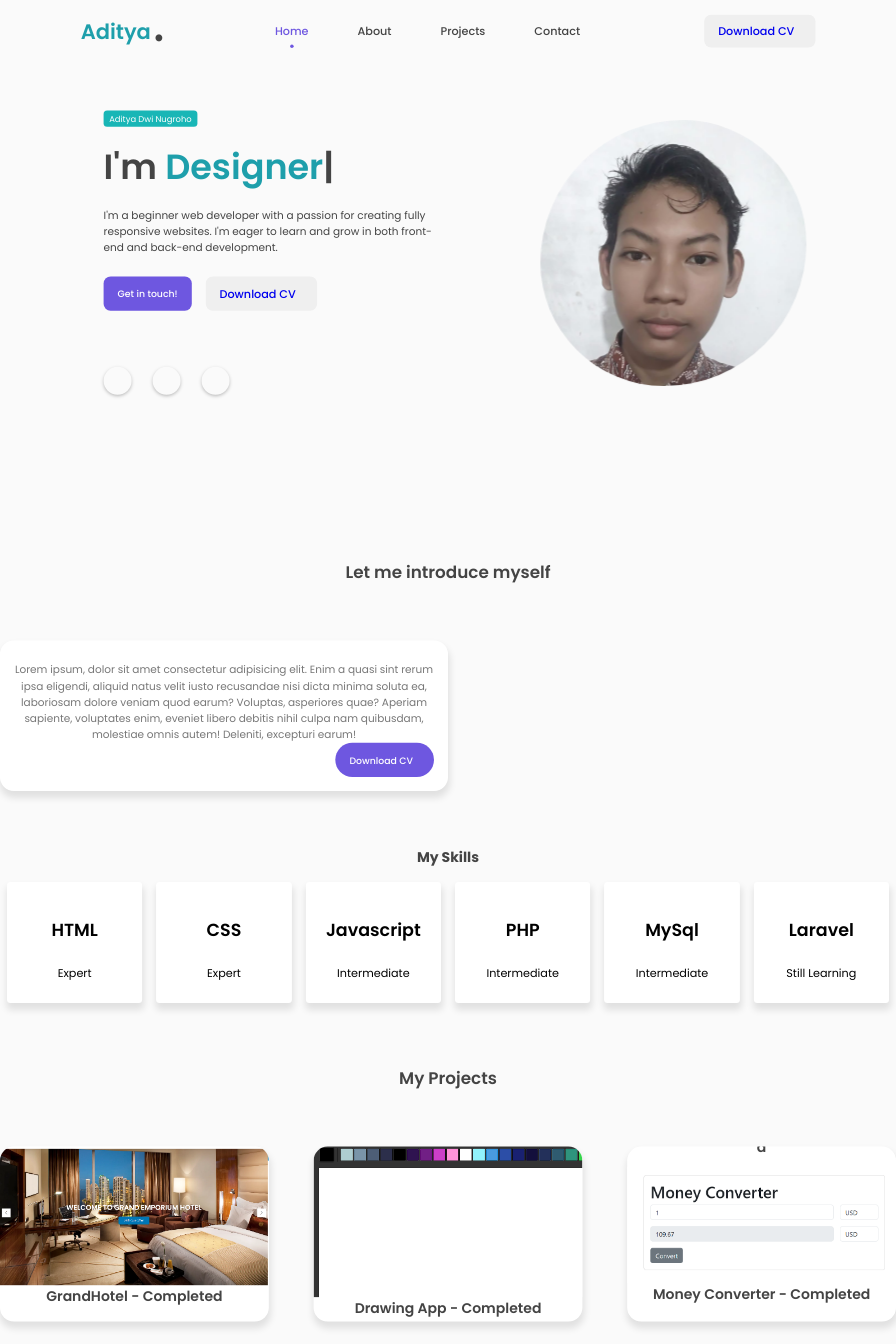
Repository: 4Kbrain/Portofolio
Page: index.html
The author's editor kept a copy of each file at every save. The page is drawn from the files as they stood at one save, then again after a run of saves.
The browser window is 1280 px wide. The pictures show the part of the page from y = 0 to 1920 px (the page is 2978 px tall before and 3116 px after), at 70% of full size.
Some icons come from a web library that is not loaded, so they are not drawn.

Above is the page before, as saved 2024-05-15 19:14:01.
Console error: ReferenceError: ScrollReveal is not defined

After the next 3 saves:
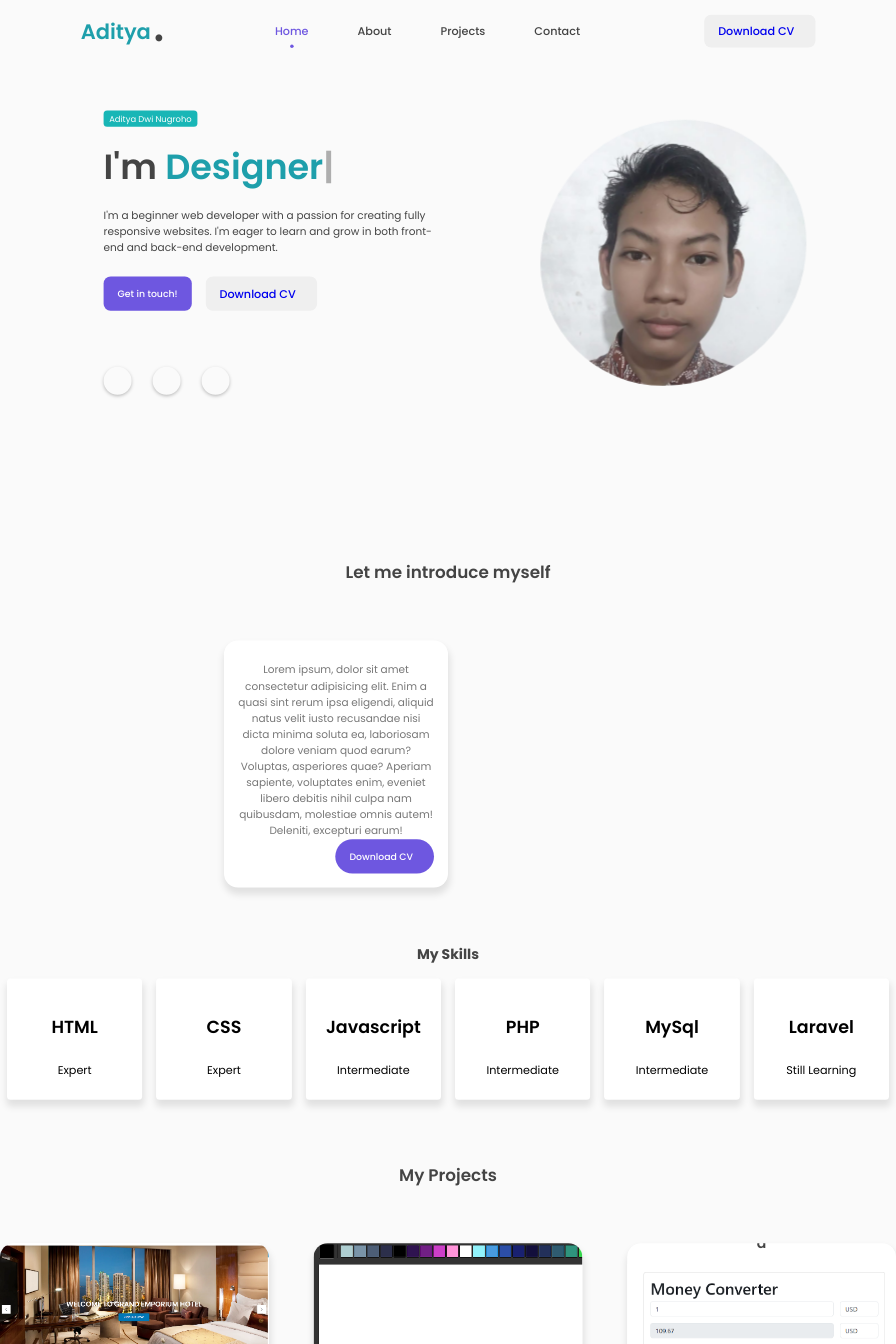
The 3 saves are shown as one change because they came seconds apart.
The last was saved 13 s later.
--- a/assets/css/style.css
+++ b/assets/css/style.css
@@ -308,7 +308,7 @@ h3{
     align-items: center;
     justify-content: center;
     text-align: center;
-
+    margin-left: 50%;
     flex-direction: column;
     padding-block: 30px 70px;
     padding-inline: 20px;
